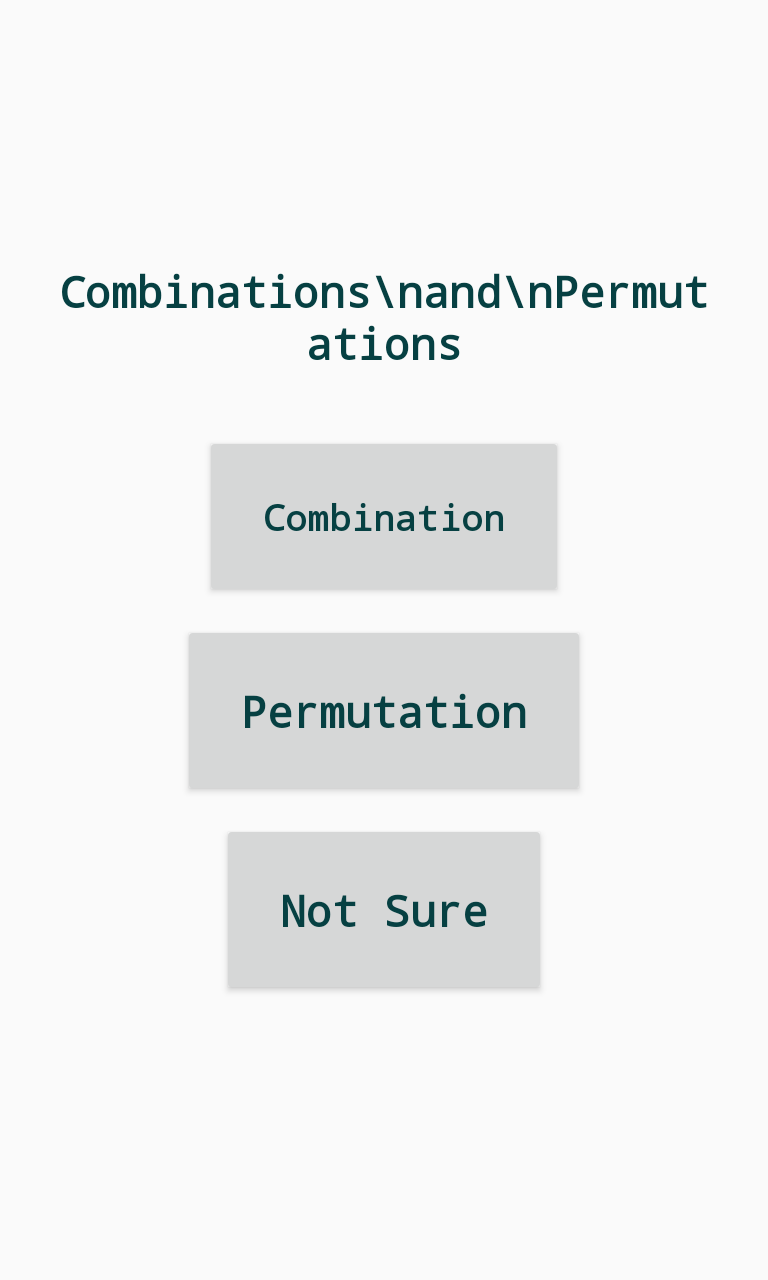
Repository: rontejada1991/Combinations-and-Permutations-Android-App
Layout: combinations/res/layout/activity_main.xml
An editor plug-in stored every save of this project. The layout is shown before and after the next save, followed by the edit.
It is drawn on a 768 x 1280 px phone screen (xhdpi) without system bars, with theme AppTheme; the app's code is not run.

Above is the layout before, as saved 2014-11-07 20:06:17.

After the next save:
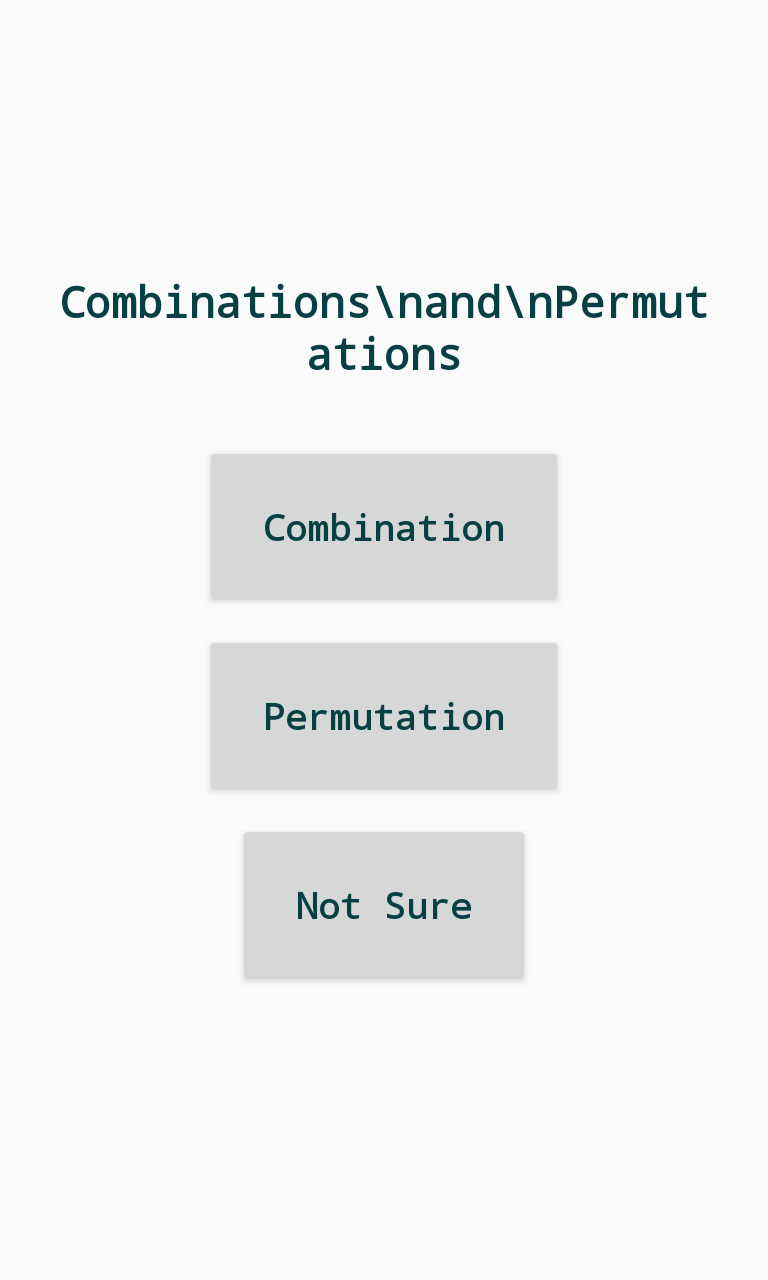
Saved 10 s later.
--- a/combinations/res/layout/activity_main.xml
+++ b/combinations/res/layout/activity_main.xml
@@ -24,7 +24,7 @@
 
     <Button
         android:id="@+id/b_begin"
-        style="@style/CodeFont"
+        style="@style/CodeFont.Med"
         android:text="Permutation"
         android:padding="30dp"
         android:layout_marginBottom="10dp"
@@ -32,7 +32,7 @@
 
      <Button
         android:id="@+id/b_begin"
-        style="@style/CodeFont"
+        style="@style/CodeFont.Med"
         android:text="Not Sure"
         android:padding="30dp"
         android:layout_marginBottom="10dp"
